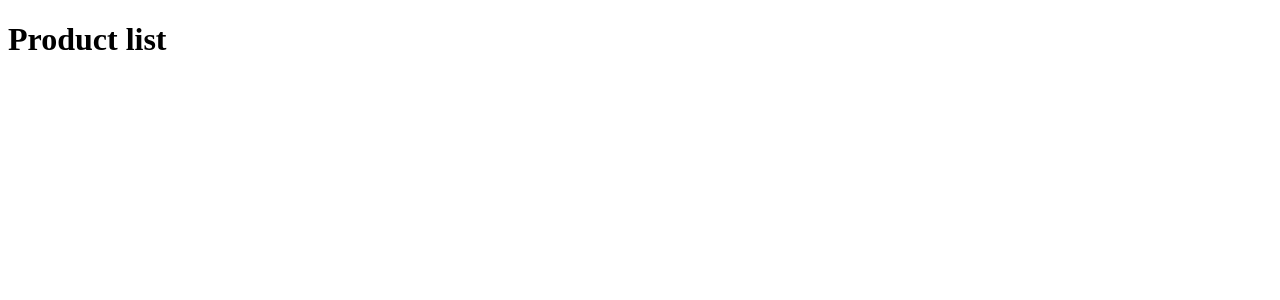
Repository: Santhra-k-joy/Spring-MVC
Page: http://localhost/Spring_MVC/show-products.jsp
These files come from the project's save history. The page is drawn as it stood at one moment and after the next save; the edit follows.
The browser window is 1280 px wide. The pictures show the whole page.
The page is served by Tomcat 9. Other server files are loaded and not shown.

Above is the page before, as saved 2021-03-18 08:40:40.

### Spring_MVC/src/main/webapp/show-products.jsp
<%@ page language="java" contentType="text/html; charset=ISO-8859-1"
    pageEncoding="ISO-8859-1"%>
<!DOCTYPE html>
<html>
<head>
<meta charset="ISO-8859-1">
<title>Product List</title>
</head>
<body>
<h1>Product list</h1>
</body>
</html>

After the next save:
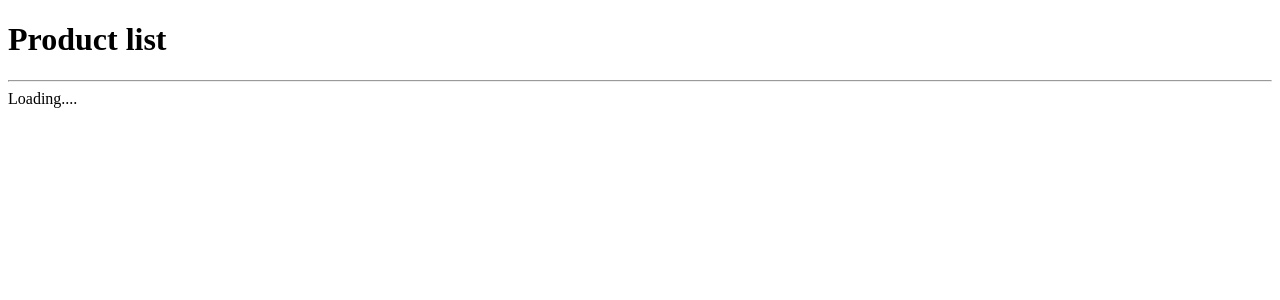
Saved 4 min 15 s later.
--- a/Spring_MVC/src/main/webapp/show-products.jsp
+++ b/Spring_MVC/src/main/webapp/show-products.jsp
@@ -8,5 +8,7 @@
 </head>
 <body>
 <h1>Product list</h1>
+<hr>
+<p1>Loading....</p1>
 </body>
 </html>
